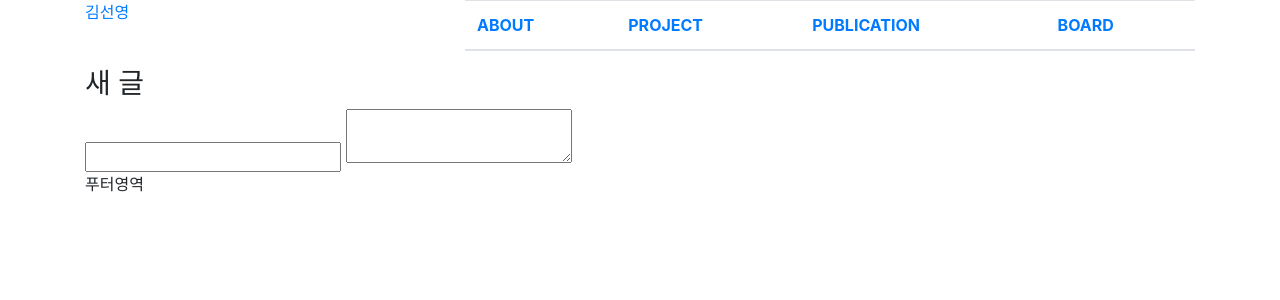
Repository: supremest35/web-projects
Page: http://localhost/noticeboard/board/form.jsp
An editor plug-in stored every save of this project. The page is shown before and after the next save, followed by the edit.
The browser window is 1280 px wide. The pictures show the whole page.
The page is served by Tomcat 9.

Above is the page before, as saved 2020-12-06 04:14:40.

After the next save:
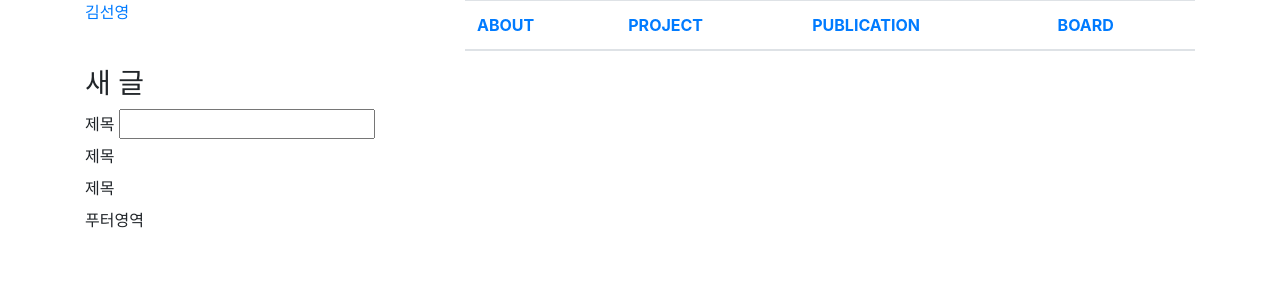
Saved 4 min 1 s later.
--- a/noticeboard/WebContent/board/form.jsp
+++ b/noticeboard/WebContent/board/form.jsp
@@ -32,8 +32,18 @@
 	<div class="row">
 		<div class="col-12">
 			<h3>새 글</h3>
-			<input type="text" name="title" />
-			<textarea name="document"></textarea>
+			<form method="post" action="add.jsp" enctype="multipart/form-data">
+				<div>
+					<label>제목</label>
+					<input type="text" name="title" />
+				</div>
+				<div>
+					<label>제목</label>
+				</div>
+				<div>
+					<label>제목</label>
+				</div>
+			</form>
 		</div>
 	</div>
 	<div class="row">
